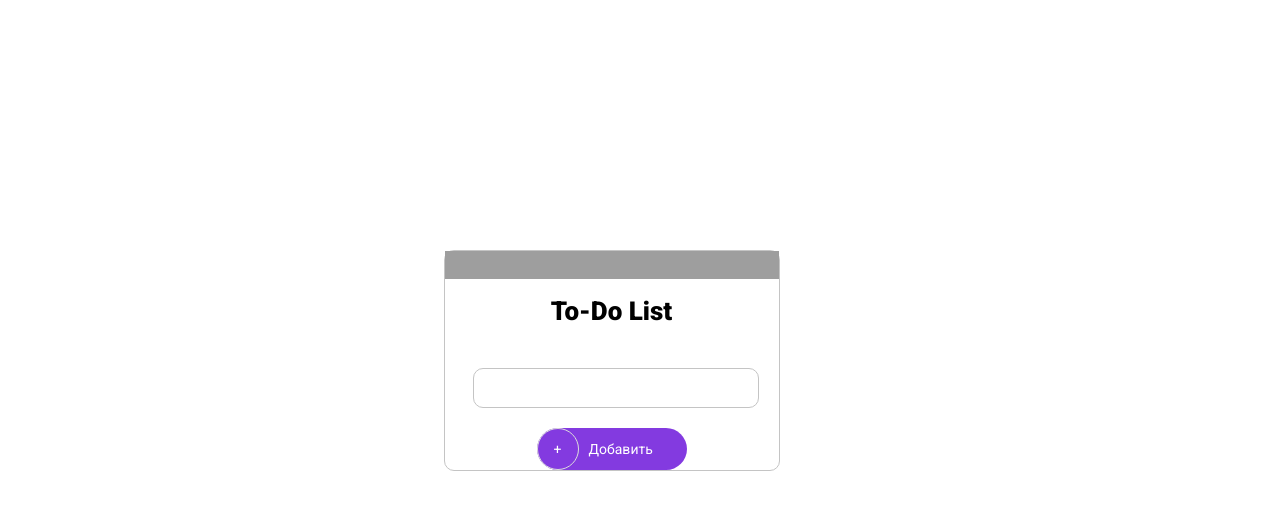
Repository: NatiqSamiyev/To-do-List-js
Page: insex.html
These files come from the project's save history. The page is drawn as it stood at one moment and after a run of saves; the edit follows.
The browser window is 1280 px wide. The pictures show the whole page.
Pictures or frames that could not be fetched are drawn as grey boxes. Some web fonts or font styles are not loaded; a fallback is used.

Above is the page before, as saved 2023-10-31 11:51:43.

### insex.html
<!DOCTYPE html>
<html lang="en">
  <head>
    <meta charset="UTF-8" />
    <meta name="viewport" content="width=device-width, initial-scale=1.0" />
    <title>Document</title>
    <link rel="stylesheet" href="index.css" />
  </head>
  <body>
    <div class="list-container">
      <form action="">
        <div class="color">
          <img src="./image/Rectangle 32.svg" alt="" />
          <h1>To-do list</h1>
        </div>

        <label for="">
          <input type="text" class="text-input" required />
        </label>
        <button>
          <div class="circle">+</div>
          <p>Добавить</p>
        </button>

      </form>
      <ul></ul>
    </div>
  </body>
  <script src="./index.js"></script>
</html>

### index.css
@import url("https://fonts.googleapis.com/css2?family=Epilogue:wght@400;600;700;800&family=Inter:wght@400;500;600;700&family=Laila:wght@700&family=Open+Sans:wght@400;600;700;800&family=Roboto+Slab:wght@700&family=Roboto:wght@400;700;900&display=swap");

* {
  margin: 0;
  padding: 0;
  box-sizing: border-box;
}

.list-container {
  width: 100%;
  display: flex;
  width: 100%;
  min-height: 100vh;
  justify-content: center;
  align-items: center;
  background: #fff;
}

form {
  width: 336px;
  /* height: 236px; */
  border-radius: 10px;
  border: 1px solid #c4c4c4;
  background: rgba(196, 196, 196, 0);
}

form .color img {
  width: 100%;
  height: 28px;
}

.color h1 {
  margin-top: 13px;
  color: #000;
  text-align: center;
  font-family: Roboto;
  font-size: 26px;
  font-style: normal;
  font-weight: 900;
  line-height: normal;
  text-transform: capitalize;
}

input {
  margin-top: 42px;
  margin-left: 28px;
  padding: 10px 15px;
  width: 286px;
  height: 40px;
  border-radius: 10px;
  border: 1px solid #c4c4c4;
  background: rgba(196, 196, 196, 0);
  cursor: pointer;
}

.btn-box {
  position: relative;
  width: 129px;
  height: 42px;
}

.btn-1 {
  margin-top: 18px;
  margin-left: 113px;
  width: 129px;
  height: 42px;
  border: none;
  background-color: #833ae0;
  border-radius: 20px;
  cursor: pointer;
}

.btn-1 h2 {
  color: #fff;
  margin-left: 20px;
  font-family: Roboto;
  font-size: 14px;
  font-style: normal;
  font-weight: 400;
  line-height: normal;
  flex-direction: column;
  justify-content: center;
  display: flex;
}

.btn-2 {
  width: 42px;
  height: 42px;
  background-color: #833ae0;
  border-radius: 25px;
  border: none;
  position: absolute;
  margin-left: 110px;
  top: 18px;
  cursor: pointer;
}

.btn-2 p {
  color: #fff;
  text-align: center;
  font-family: Roboto;
  font-size: 14px;
  font-style: normal;
  font-weight: 400;
  line-height: normal;
  display: flex;
  flex-direction: column;
  justify-content: center;
}

ul {
  margin-bottom: 12px;
  padding: 12px 30px 12px 27px;
}

ul li {
  margin-top: 24px;
  list-style-type: none;
  display: flex;
  justify-content: space-between;
}

ul li h3 {
  color: #000;
  font-family: Roboto;
  font-size: 14px;
  font-style: normal;
  font-weight: 400;
  line-height: normal;
}

ul li img {
  width: 20px;
  height: 20px;
}

button {
  width: 150px;
  height: 42px;
  margin: auto;
  margin-top: 20px;
  display: flex;
  align-items: center;
  background-color: #833ae0;
  border-radius: 25px;
  border: none;

  color: #fff;
  text-align: center;
  font-family: Roboto;
  font-size: 14px;
  font-style: normal;
  font-weight: 400;
  line-height: normal;
}
button .circle {
  margin-right: 10px;
  border-radius: 50%;
  width: 42px;
  height: 42px;
  border: 0.5px solid gainsboro;
  display: flex;
  justify-content: center;
  align-items: center;
}

### index.js
let form=document.querySelector('form')
let bntList=document.querySelector('.btn')
let ul=document.querySelector('ul')
let input=document.querySelector('.text-input')


form.addEventListener('sumbit', sumbitForm)
function sumbitForm(a) {
    a.preventDefault()
    ul.innerHTML +=`
    <li>
     <h3>Почистить зубы</h3>
     <img src="./image/Group 56.svg" alt="">
     <p>${textInput.value}</p>
    </li>

    <li>
     <h3>Купить зубную пасту</h3>
     <img src="./image/Group 56.svg" alt="">
    </li>

    <li>
     <h3>Умыться</h3>
     <img src="./image/Group 56.svg" alt="">
    </li>

    <li>
     <h3>Выпить кофе</h3>
     <img src="./image/Group 56.svg" alt="">
    </li>

    <li>
     <h3>Принять душ</h3>
     <img src="./image/Group 56.svg" alt="">
    </li>
`;
form.reset();

}

After the next 5 saves:
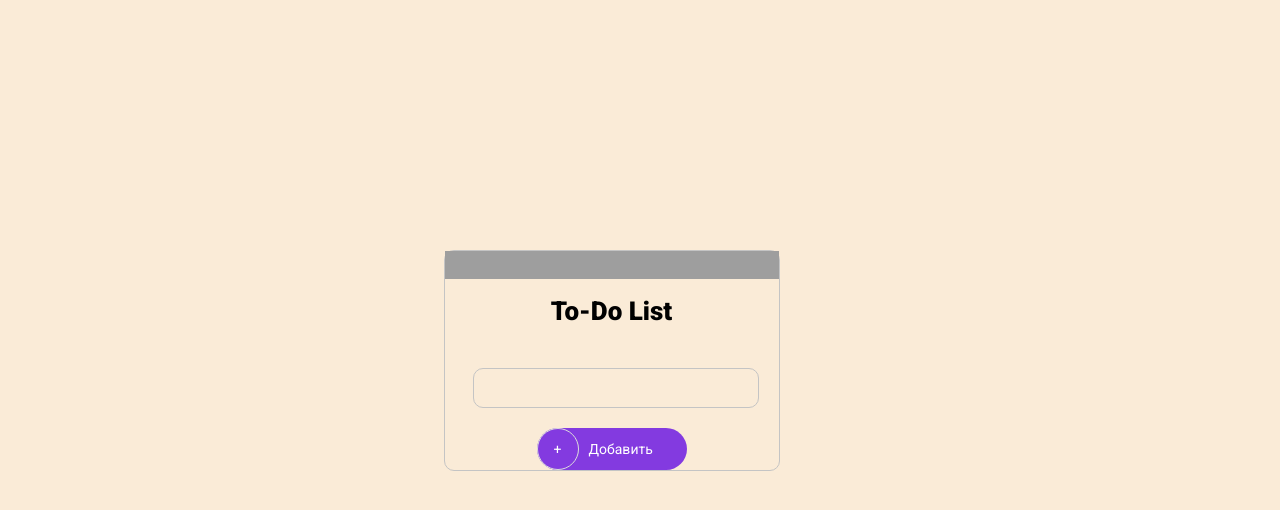
The 5 saves are shown as one change because they came seconds apart.
The last was saved 29 s later.
--- a/index.css
+++ b/index.css
@@ -13,7 +13,7 @@
   min-height: 100vh;
   justify-content: center;
   align-items: center;
-  background: #fff;
+  background-color: antiquewhite;
 }
 
 form {
